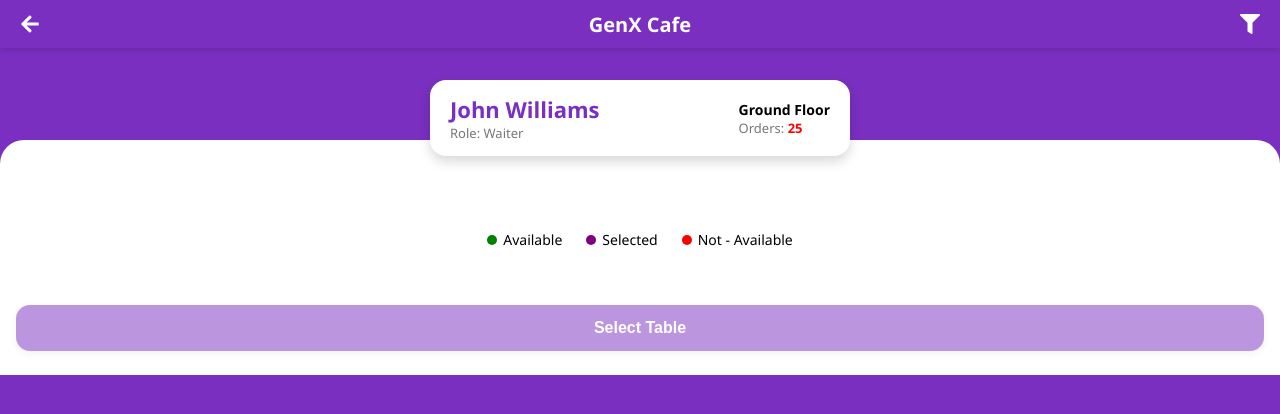
Repository: rajeshwaranslv/sturdy-spork-genx-frontend
Page: /
The author's editor kept a copy of each file at every save. The page is drawn from the files as they stood at one save, then again after the next save.
The browser window is 1280 px wide. The pictures show the whole page.
The page's requests for data from a server got no answer. The project was rebuilt for these pictures with package versions that can differ from the ones it lists, and the page was loaded fresh each time. No one was signed in, and anything a server would have sent is missing. Also part of the build but not shown: src/components/menu.css, src/components/MenuSelection.js, src/components/order.css, src/components/OrderReview.js, src/components/Billing.js, src/components/Success.js.

Above is the page before, as saved 2025-07-17 11:15:27.

After the next save:
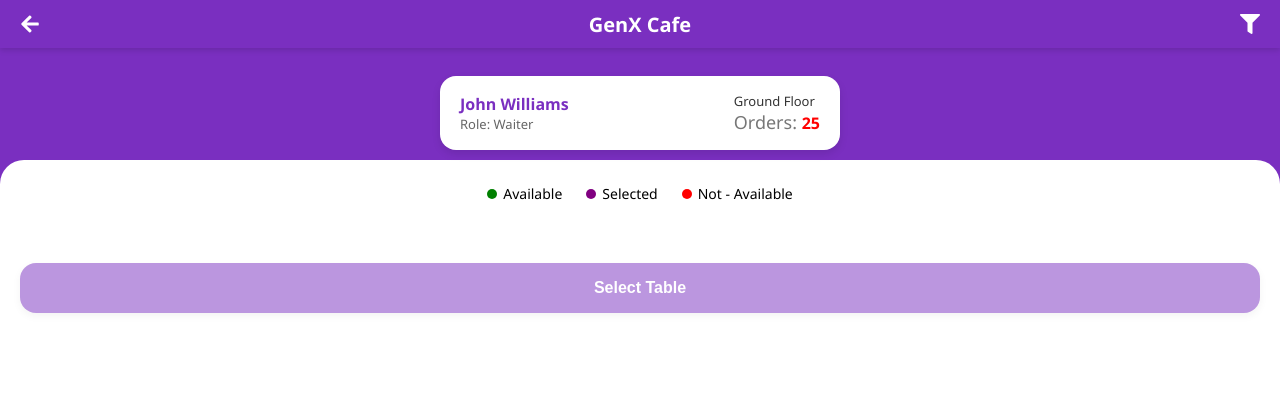
Saved 2 min 58 s later.
--- a/src/components/billing.css
+++ b/src/components/billing.css
@@ -1,10 +1,11 @@
 /* Base Container */
 .container-fluid {
-  position: relative;
   background-color: #7a2fc0;
   min-height: 100vh;
   font-family: 'Segoe UI', sans-serif;
-  overflow-x: hidden;
+  overflow: hidden;
+  display: flex;
+  flex-direction: column;
 }
 
 /* Header */
@@ -12,7 +13,7 @@
   display: flex;
   justify-content: space-between;
   align-items: center;
-  padding: 16px;
+  padding: 16px 20px;
   color: white;
   background: #7a2fc0;
   position: sticky;
@@ -33,58 +34,68 @@
 /* Waiter Card */
 .waiter-card {
   position: absolute;
-  top: 80px;
+  top: 76px;
   left: 50%;
   transform: translateX(-50%);
-  z-index: 20;
+  z-index: 10;
   background: white;
   border-radius: 16px;
-  box-shadow: 0 6px 12px rgba(0, 0, 0, 0.15);
-  padding: 14px 20px;
-  width: 92%;
-  max-width: 380px;
+  box-shadow: 0 4px 8px rgba(0, 0, 0, 0.1);
+  width: calc(100% - 32px);
+  max-width: 360px;
+  padding: 16px 20px;
   display: flex;
   justify-content: space-between;
   align-items: center;
 }
 
+.waiter-left {
+  display: flex;
+  flex-direction: column;
+}
+
 .waiter-name {
   color: #7a2fc0;
   font-weight: bold;
+  font-size: 16px;
 }
 
 .waiter-role {
   font-size: 13px;
-  color: #777;
+  color: #666;
 }
 
 .floor-label {
-  font-weight: bold;
-  font-size: 14px;
+  font-size: 13px;
+  font-weight: 500;
+  color: #333;
 }
 
-.orders-count {
-  font-size: 13px;
-  color: #777;
+.orders-count .order-red {
+  color: red;
+  font-weight: bold;
+  font-size: 16px;
 }
 
-.order-red {
-  color: red;
-  font-weight: bold;
+/* Scrollable Section */
+.table-section {
+  margin-top: 160px;
+  background-color: white;
+  border-top-left-radius: 24px;
+  border-top-right-radius: 24px;
+  padding: 24px 20px 40px;
+  flex: 1;
+  overflow-y: auto;
 }
 
-/* Rounded Section */
-.table-section {
-  background: white;
-  margin-top: 140px;
-  border-top-left-radius: 24px;
-  border-top-right-radius: 24px;
-  padding: 90px 16px 24px;
-  position: relative;
-  z-index: 1;
+/* Section Title */
+.table-section h2 {
+  font-size: 18px;
+  font-weight: bold;
+  margin-bottom: 20px;
 }
 
-/* Order List */
+/* Items List */
 .order-list {
   list-style: none;
   padding: 0;
@@ -94,61 +105,89 @@
 .item-row {
   display: flex;
   justify-content: space-between;
-  margin-bottom: 12px;
-  border-bottom: 1px solid #ddd;
-  padding-bottom: 10px;
+  align-items: center;
+  padding: 12px 0;
+  border-bottom: 1px solid #eee;
+}
+
+.item-info {
+  display: flex;
+  flex-direction: column;
+}
+
+.item-info strong {
+  font-size: 16px;
+  margin-bottom: 4px;
 }
 
 .item-info p {
-  margin: 4px 0 0;
+  font-size: 14px;
   color: #666;
+  margin: 0;
 }
 
+/* Quantity Controls */
 .qty-controls {
   display: flex;
   align-items: center;
-  gap: 8px;
+  gap: 10px;
 }
 
-/* Quantity Buttons */
 .qty-btn {
   background-color: #7a2fc0;
   color: white;
   border: none;
-  border-radius: 6px;
-  padding: 4px 10px;
-  font-size: 16px;
+  border-radius: 8px;
+  padding: 6px 12px;
+  font-size: 18px;
   font-weight: bold;
   cursor: pointer;
-  transition: background-color 0.2s ease;
+  line-height: 1;
 }
 
 .qty-btn:hover {
   background-color: #6926b2;
 }
 
-/* Summary */
+/* Invoice Summary */
 .invoice-summary {
-  margin-top: 24px;
-  font-size: 16px;
-  background: #f9f9f9;
-  padding: 16px;
-  border-radius: 12px;
+  background-color: #f9f9f9;
+  padding: 20px;
+  margin-top: 32px;
+  border-radius: 16px;
   box-shadow: 0 -2px 6px rgba(0, 0, 0, 0.05);
 }
 
-/* Button */
+.invoice-summary p {
+  margin: 8px 0;
+  font-size: 15px;
+}
+
+.invoice-summary p:first-child {
+  margin-bottom: 16px;
+  font-size: 18px;
+  font-weight: bold;
+}
+
+/* Total Emphasis */
+.invoice-summary p:last-child {
+  font-size: 18px;
+  font-weight: bold;
+  color: #333;
+}
+
+/* Footer Button */
 .select-btn {
   width: 100%;
-  padding: 14px;
-  border-radius: 14px;
+  margin-top: 24px;
+  padding: 16px;
+  font-size: 16px;
+  font-weight: bold;
   background-color: #7a2fc0;
   color: white;
-  font-size: 16px;
-  font-weight: bold;
   border: none;
+  border-radius: 16px;
   cursor: pointer;
-  margin-top: 20px;
   box-shadow: 0 3px 8px rgba(0, 0, 0, 0.1);
 }
 

After the save that followed:
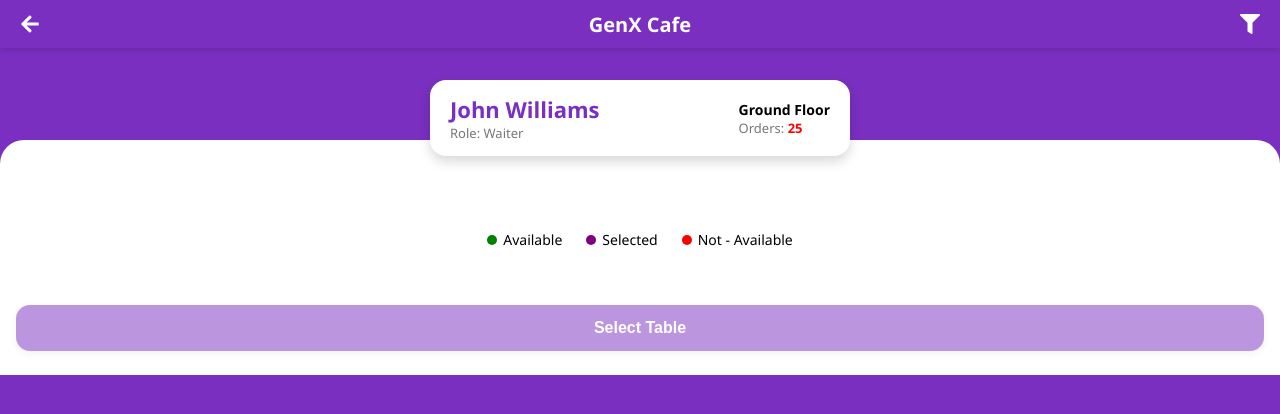
Saved 24 s later.
--- a/src/components/billing.css
+++ b/src/components/billing.css
@@ -1,11 +1,10 @@
 /* Base Container */
 .container-fluid {
+  position: relative;
   background-color: #7a2fc0;
   min-height: 100vh;
   font-family: 'Segoe UI', sans-serif;
-  overflow: hidden;
-  display: flex;
-  flex-direction: column;
+  overflow-x: hidden;
 }
 
 /* Header */
@@ -13,7 +12,7 @@
   display: flex;
   justify-content: space-between;
   align-items: center;
-  padding: 16px 20px;
+  padding: 16px;
   color: white;
   background: #7a2fc0;
   position: sticky;
@@ -34,68 +33,58 @@
 /* Waiter Card */
 .waiter-card {
   position: absolute;
-  top: 76px;
+  top: 80px;
   left: 50%;
   transform: translateX(-50%);
-  z-index: 10;
+  z-index: 20;
   background: white;
   border-radius: 16px;
-  box-shadow: 0 4px 8px rgba(0, 0, 0, 0.1);
-  width: calc(100% - 32px);
-  max-width: 360px;
-  padding: 16px 20px;
+  box-shadow: 0 6px 12px rgba(0, 0, 0, 0.15);
+  padding: 14px 20px;
+  width: 92%;
+  max-width: 380px;
   display: flex;
   justify-content: space-between;
   align-items: center;
 }
 
-.waiter-left {
-  display: flex;
-  flex-direction: column;
-}
-
 .waiter-name {
   color: #7a2fc0;
   font-weight: bold;
-  font-size: 16px;
 }
 
 .waiter-role {
   font-size: 13px;
-  color: #666;
+  color: #777;
 }
 
 .floor-label {
-  font-size: 13px;
-  font-weight: 500;
-  color: #333;
+  font-weight: bold;
+  font-size: 14px;
 }
 
-.orders-count .order-red {
+.orders-count {
+  font-size: 13px;
+  color: #777;
+}
+
+.order-red {
   color: red;
   font-weight: bold;
-  font-size: 16px;
 }
 
-/* Scrollable Section */
+/* Rounded Section */
 .table-section {
-  margin-top: 160px;
-  background-color: white;
+  background: white;
+  margin-top: 140px;
   border-top-left-radius: 24px;
   border-top-right-radius: 24px;
-  padding: 24px 20px 40px;
-  flex: 1;
-  overflow-y: auto;
+  padding: 90px 16px 24px;
+  position: relative;
+  z-index: 1;
 }
 
-/* Section Title */
-.table-section h2 {
-  font-size: 18px;
-  font-weight: bold;
-  margin-bottom: 20px;
-}
-
-/* Items List */
+/* Order List */
 .order-list {
   list-style: none;
   padding: 0;
@@ -105,89 +94,61 @@
 .item-row {
   display: flex;
   justify-content: space-between;
-  align-items: center;
-  padding: 12px 0;
-  border-bottom: 1px solid #eee;
-}
-
-.item-info {
-  display: flex;
-  flex-direction: column;
-}
-
-.item-info strong {
-  font-size: 16px;
-  margin-bottom: 4px;
+  margin-bottom: 12px;
+  border-bottom: 1px solid #ddd;
+  padding-bottom: 10px;
 }
 
 .item-info p {
-  font-size: 14px;
+  margin: 4px 0 0;
   color: #666;
-  margin: 0;
 }
 
-/* Quantity Controls */
 .qty-controls {
   display: flex;
   align-items: center;
-  gap: 10px;
+  gap: 8px;
 }
 
+/* Quantity Buttons */
 .qty-btn {
   background-color: #7a2fc0;
   color: white;
   border: none;
-  border-radius: 8px;
-  padding: 6px 12px;
-  font-size: 18px;
+  border-radius: 6px;
+  padding: 4px 10px;
+  font-size: 16px;
   font-weight: bold;
   cursor: pointer;
-  line-height: 1;
+  transition: background-color 0.2s ease;
 }
 
 .qty-btn:hover {
   background-color: #6926b2;
 }
 
-/* Invoice Summary */
+/* Summary */
 .invoice-summary {
-  background-color: #f9f9f9;
-  padding: 20px;
-  margin-top: 32px;
-  border-radius: 16px;
+  margin-top: 24px;
+  font-size: 16px;
+  background: #f9f9f9;
+  padding: 16px;
+  border-radius: 12px;
   box-shadow: 0 -2px 6px rgba(0, 0, 0, 0.05);
 }
 
-.invoice-summary p {
-  margin: 8px 0;
-  font-size: 15px;
-}
-
-.invoice-summary p:first-child {
-  margin-bottom: 16px;
-  font-size: 18px;
-  font-weight: bold;
-}
-
-/* Total Emphasis */
-.invoice-summary p:last-child {
-  font-size: 18px;
-  font-weight: bold;
-  color: #333;
-}
-
-/* Footer Button */
+/* Button */
 .select-btn {
   width: 100%;
-  margin-top: 24px;
-  padding: 16px;
+  padding: 14px;
+  border-radius: 14px;
+  background-color: #7a2fc0;
+  color: white;
   font-size: 16px;
   font-weight: bold;
-  background-color: #7a2fc0;
-  color: white;
   border: none;
-  border-radius: 16px;
   cursor: pointer;
+  margin-top: 20px;
   box-shadow: 0 3px 8px rgba(0, 0, 0, 0.1);
 }
 
